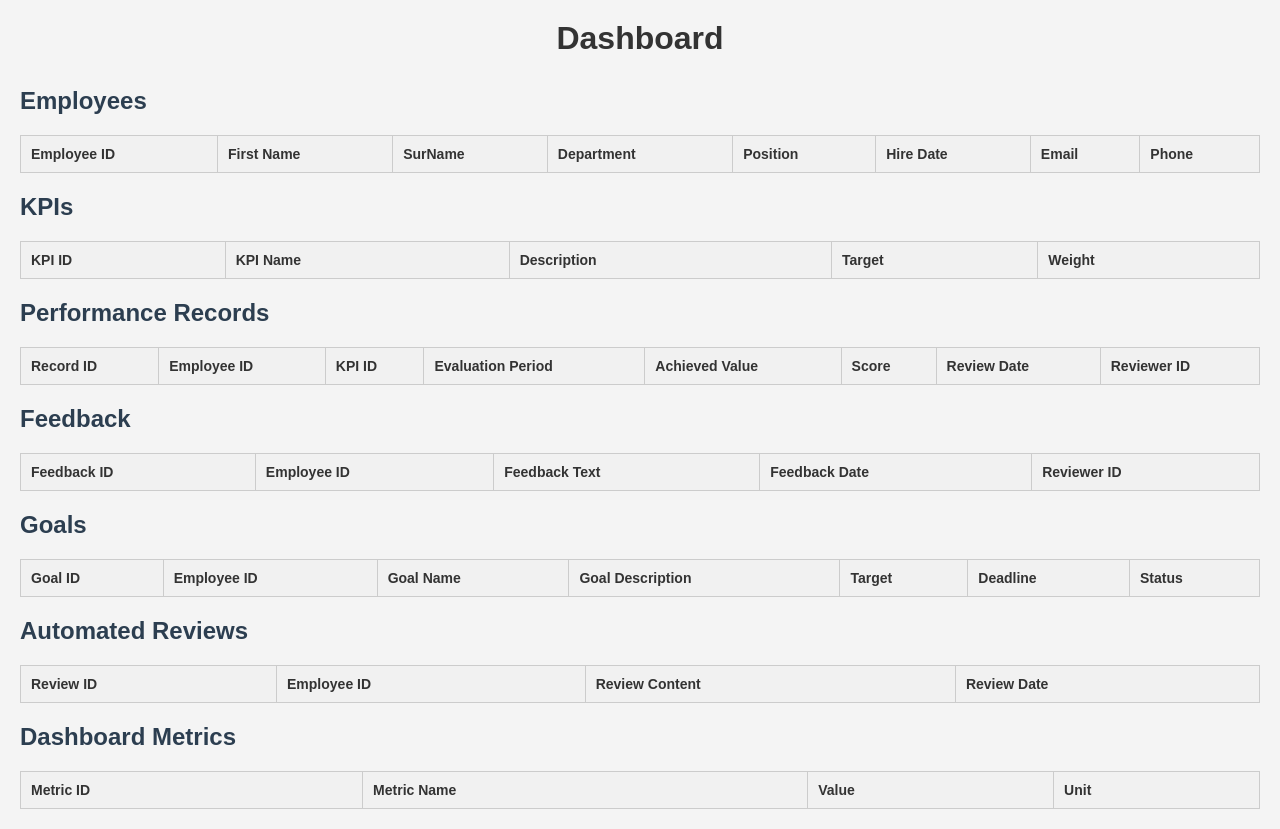
Repository: Wuda2000/Mongodb
Page: http://localhost/dashboard
An editor plug-in stored every save of this project. The page is shown before and after a run of saves, followed by the edit.
The browser window is 1280 px wide. The pictures show the whole page.
The page is served by the project's application, run on Flask 3 (app.py). Queries for data that is not in the repository find no rows.

Above is the page before, as saved 2024-11-11 18:28:23.

### templates/dashboard.html
<!DOCTYPE html>
<html lang="en">
<head>
    <meta charset="UTF-8">
    <meta name="viewport" content="width=device-width, initial-scale=1.0">
    <title>Dashboard</title>
    <link rel="stylesheet" href="{{ url_for('static', filename='styles.css') }}">
</head>
<body>
    <h1>Dashboard</h1>

    <!-- Employees Table -->
    <h2>Employees</h2>
    <table border="1">
        <thead>
            <tr>
                <th>Employee ID</th>
                <th>First Name</th>
                <th>SurName</th>
                <th>Department</th>
                <th>Position</th>
                <th>Hire Date</th>
                <th>Email</th>
                <th>Phone</th>
            </tr>
        </thead>
        <tbody>
            {% for employee in employees %}
                <tr>
                    <td>{{ employee['employee_id '] }}</td>
                    <td>{{ employee['first_name'] }}</td>
                    <td>{{ employee['last_name'] }}</td>
                    <td>{{ employee['department'] }}</td>
                    <td>{{ employee['position'] }}</td>
                    <td>{{ employee['date_hired'] }}</td>
                    <td>{{ employee['email'] }}</td>
                    <td>{{ employee['phone'] }}</td>
                </tr>
            {% endfor %}
        </tbody>
    </table>

    <!-- KPIs Table -->
    <h2>KPIs</h2>
    <table border="1">
        <thead>
            <tr>
                <th>KPI ID</th>
                <th>KPI Name</th>
                <th>Description</th>
                <th>Target</th>
                <th>Weight</th>
            </tr>
        </thead>
        <tbody>
            {% for kpi in kpis %}
                <tr>
                    <td>{{ kpi['KPI ID'] }}</td>
                    <td>{{ kpi['KPI Name'] }}</td>
                    <td>{{ kpi['Description'] }}</td>
                    <td>{{ kpi['Target'] }}</td>
                    <td>{{ kpi['Weight'] }}</td>
                </tr>
            {% endfor %}
        </tbody>
    </table>

    <!-- Performance Records Table -->
    <h2>Performance Records</h2>
    <table border="1">
        <thead>
            <tr>
                <th>Record ID</th>
                <th>Employee ID</th>
                <th>KPI ID</th>
                <th>Evaluation Period</th>
                <th>Achieved Value</th>
                <th>Score</th>
                <th>Review Date</th>
                <th>Reviewer ID</th>
            </tr>
        </thead>
        <tbody>
            {% for record in performance_records %}
                <tr>
                    <td>{{ record['Record ID'] }}</td>
                    <td>{{ record['Employee ID'] }}</td>
                    <td>{{ record['KPI ID'] }}</td>
                    <td>{{ record['Evaluation Period'] }}</td>
                    <td>{{ record['Achieved Value'] }}</td>
                    <td>{{ record['Score'] }}</td>
                    <td>{{ record['Review Date'] }}</td>
                    <td>{{ record['Reviewer ID'] }}</td>
                </tr>
            {% endfor %}
        </tbody>
    </table>

    <!-- Feedback Table -->
    <h2>Feedback</h2>
    <table border="1">
        <thead>
            <tr>
                <th>Feedback ID</th>
                <th>Employee ID</th>
                <th>Feedback Text</th>
                <th>Feedback Date</th>
                <th>Reviewer ID</th>
            </tr>
        </thead>
        <tbody>
            {% for feedback in feedbacks %}
                <tr>
                    <td>{{ feedback['Feedback ID'] }}</td>
                    <td>{{ feedback['Employee ID'] }}</td>
                    <td>{{ feedback['Feedback Text'] }}</td>
                    <td>{{ feedback['Feedback Date'] }}</td>
                    <td>{{ feedback['Reviewer ID'] }}</td>
                </tr>
            {% endfor %}
        </tbody>
    </table>

    <!-- Goals Table -->
    <h2>Goals</h2>
    <table border="1">
        <thead>
            <tr>
                <th>Goal ID</th>
                <th>Employee ID</th>
                <th>Goal Name</th>
                <th>Goal Description</th>
                <th>Target</th>
                <th>Deadline</th>
                <th>Status</th>
            </tr>
        </thead>
        <tbody>
            {% for goal in goals %}
                <tr>
                    <td>{{ goal['Goal ID'] }}</td>
                    <td>{{ goal['Employee ID'] }}</td>
                    <td>{{ goal['Goal Name'] }}</td>
                    <td>{{ goal['Goal Description'] }}</td>
                    <td>{{ goal['Target'] }}</td>
                    <td>{{ goal['Deadline'] }}</td>
                    <td>{{ goal['Status'] }}</td>
                </tr>
            {% endfor %}
        </tbody>
    </table>

    <!-- Automated Reviews Table -->
    <h2>Automated Reviews</h2>
    <table border="1">
        <thead>
            <tr>
                <th>Review ID</th>
                <th>Employee ID</th>
                <th>Review Content</th>
                <th>Review Date</th>
            </tr>
        </thead>
        <tbody>
            {% for review in automated_reviews %}
                <tr>
                    <td>{{ review['Review ID'] }}</td>
                    <td>{{ review['Employee ID'] }}</td>
                    <td>{{ review['Review Content'] }}</td>
                    <td>{{ review['Review Date'] }}</td>
                </tr>
            {% endfor %}
        </tbody>
    </table>

    <!-- Dashboard Metrics Table -->
    <h2>Dashboard Metrics</h2>
    <table border="1">
        <thead>
            <tr>
                <th>Metric ID</th>
                <th>Metric Name</th>
                <th>Value</th>
                <th>Unit</th>
            </tr>
        </thead>
        <tbody>
            {% for metric in dashboard_metrics %}
                <tr>
                    <td>{{ metric['Metric ID'] }}</td>
                    <td>{{ metric['Metric Name'] }}</td>
                    <td>{{ metric['Value'] }}</td>
                    <td>{{ metric['Unit'] }}</td>
                </tr>
            {% endfor %}
        </tbody>
    </table>

</body>
</html>

### app.py
from flask import Flask, render_template
from pymongo import MongoClient

app = Flask(__name__)

# Connect to MongoDB
client = MongoClient('mongodb://localhost:27017/')
db = client['companyDB']

# Access the collections
employees_collection = db['Employees']
kpis_collection = db['KPIs']
performance_records_collection = db['Performance Records']
feedback_collection = db['Feedback']
goals_collection = db['Goals']
automated_reviews_collection = db['Automated Reviews']
dashboard_metrics_collection = db['Dashboard Metrics']

# Route for the home page to display employees
@app.route('/')
def index():
    employees = list(employees_collection.find())
    return render_template('index.html', employees=employees)

# Route to display KPIs
@app.route('/kpis')
def display_kpis():
    kpis = list(kpis_collection.find())
    return render_template('kpis.html', kpis=kpis)

# Route to display Performance Records
@app.route('/performance-records')
def display_performance_records():
    performance_records = list(performance_records_collection.find())
    return render_template('performance_records.html', performance_records=performance_records)

# Route to display Feedback
@app.route('/feedback')
def display_feedback():
    feedbacks = list(feedback_collection.find())
    return render_template('feedback.html', feedbacks=feedbacks)

# Route to display Goals
@app.route('/goals')
def display_goals():
    goals = list(goals_collection.find())
    return render_template('goals.html', goals=goals)

# Route to display Automated Reviews
@app.route('/automated-reviews')
def display_automated_reviews():
    automated_reviews = list(automated_reviews_collection.find())
    return render_template('automated_reviews.html', automated_reviews=automated_reviews)

# Route to display Dashboard Metrics
@app.route('/dashboard-metrics')
def display_dashboard_metrics():
    dashboard_metrics = list(dashboard_metrics_collection.find())
    return render_template('dashboard_metrics.html', dashboard_metrics=dashboard_metrics)

# New route to display everything on one page (Dashboard)
@app.route('/dashboard')
def dashboard():
    # Fetch data from MongoDB collections
    employees = list(employees_collection.find())
    kpis = list(kpis_collection.find())
    performance_records = list(performance_records_collection.find())
    feedbacks = list(feedback_collection.find())
    goals = list(goals_collection.find())
    automated_reviews = list(automated_reviews_collection.find())
    dashboard_metrics = list(dashboard_metrics_collection.find())

    # Pass all data to the dashboard.html template
    return render_template('dashboard.html',
                           employees=employees,
                           kpis=kpis,
                           performance_records=performance_records,
                           feedbacks=feedbacks,
                           goals=goals,
                           automated_reviews=automated_reviews,
                           dashboard_metrics=dashboard_metrics)

if __name__ == '__main__':
    app.run(debug=True)

### static/styles.css
/* Basic reset */
* {
    margin: 0;
    padding: 0;
    box-sizing: border-box;
}

/* Body styling */
body {
    font-family: Arial, sans-serif;
    background-color: #f4f4f4;
    margin: 20px;
}

/* Header styling */
h1 {
    color: #333;
    text-align: center;
    margin-bottom: 30px;
}

h2 {
    color: #555;
    margin-top: 20px;
    font-size: 1.5em;
}

/* Table styling */
table {
    width: 100%;
    margin: 20px 0;
    border-collapse: collapse;
    background-color: white;
}

table, th, td {
    border: 1px solid #ccc;
    padding: 10px;
}

th {
    background-color: #f1f1f1;
    color: #333;
    text-align: left;
}

td {
    color: #555;
}

/* Table hover effect */
tr:hover {
    background-color: #f9f9f9;
}

/* Make sure the content is not too small */
table td, table th {
    font-size: 14px;
    word-wrap: break-word;
}

/* Make the page more readable */
table {
    max-width: 100%;
    overflow-x: auto;
}

h2 {
    font-size: 1.5em;
    color: #2c3e50;
}

After the next 2 saves:
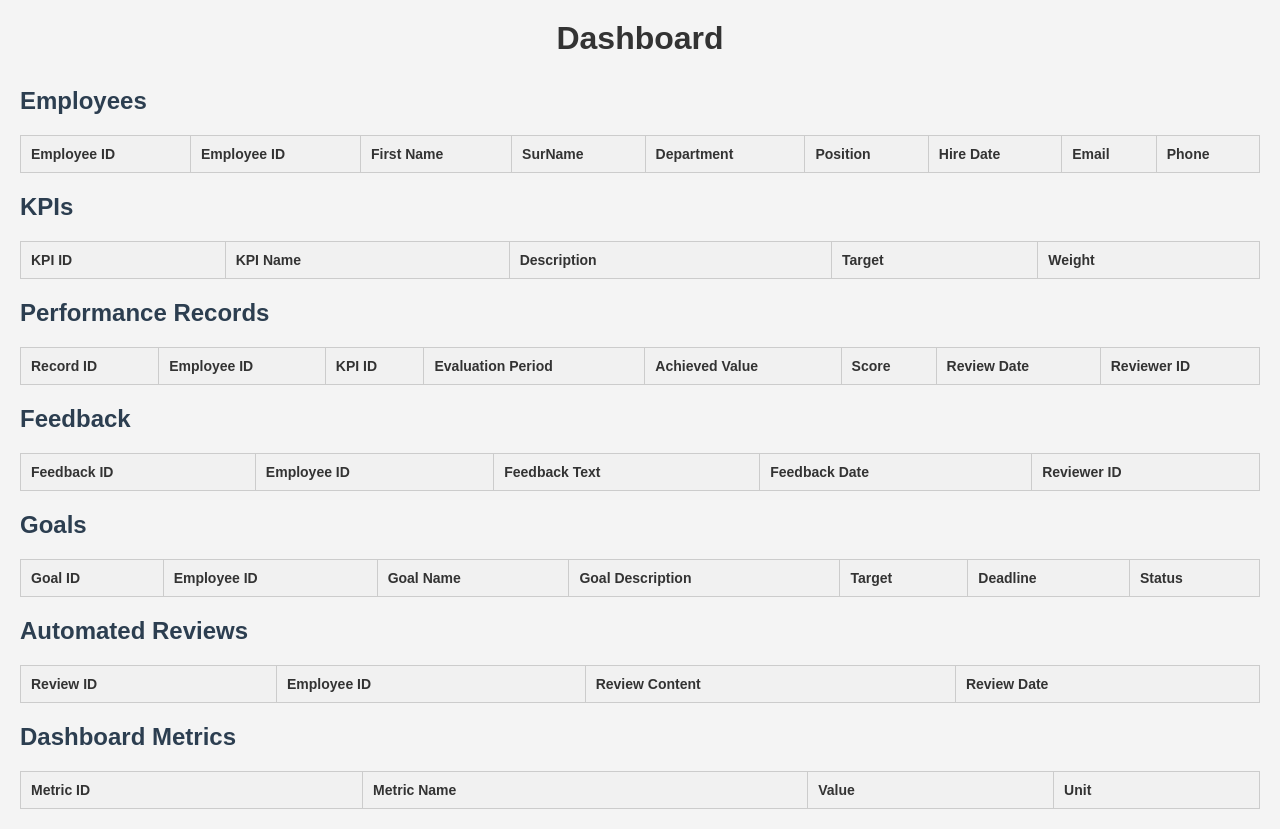
The 2 saves are shown as one change because they came seconds apart.
The last was saved 22 s later.
--- a/templates/dashboard.html
+++ b/templates/dashboard.html
@@ -15,6 +15,7 @@
         <thead>
             <tr>
                 <th>Employee ID</th>
+                <th>Employee ID</th>
                 <th>First Name</th>
                 <th>SurName</th>
                 <th>Department</th>
